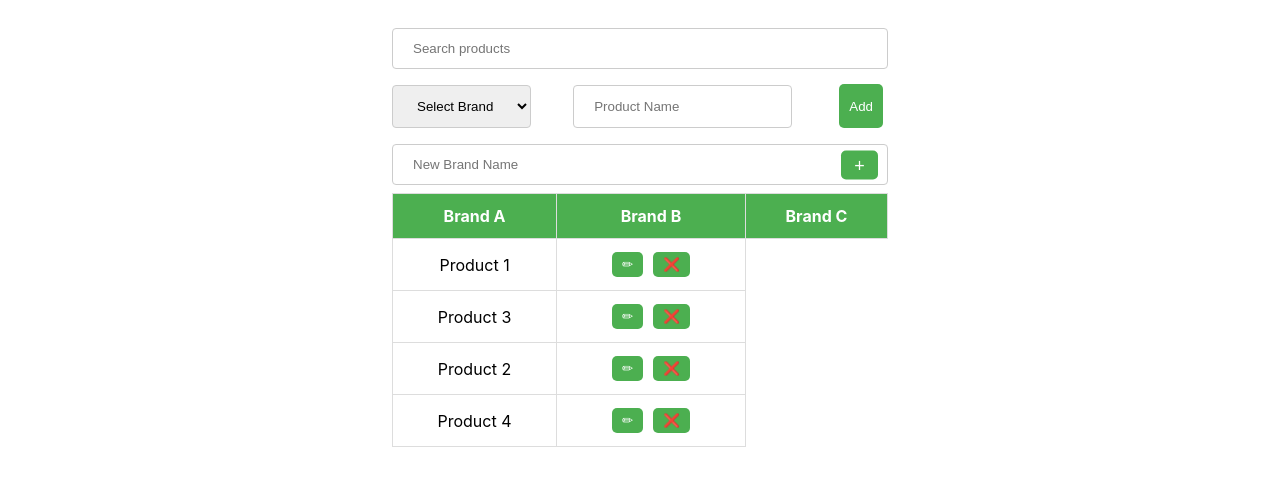
Repository: sunilkc-7/product-manager-app
Page: /
The author's editor kept a copy of each file at every save. The page is drawn from the files as they stood at one save, then again after the next save.
The browser window is 1280 px wide. The pictures show the whole page.
The project was rebuilt for these pictures with package versions that can differ from the ones it lists, and the page was loaded fresh each time.

Above is the page before, as saved 2023-08-01 19:26:25.

After the next save:
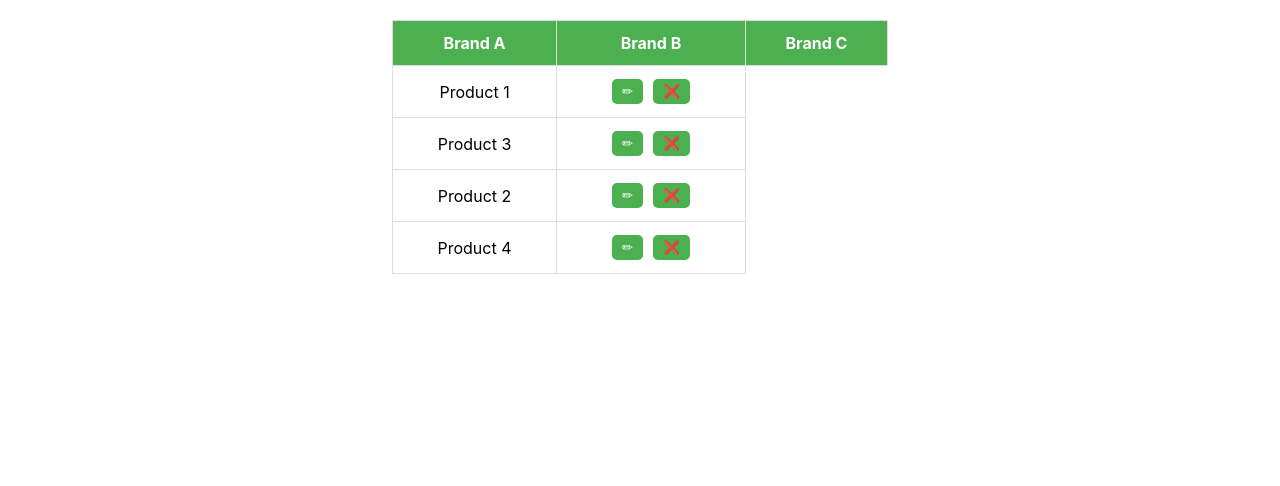
Saved 70 s later.
--- a/src/App.js
+++ b/src/App.js
@@ -63,47 +63,6 @@
 
   return (
     <div className="App">
-      <input
-        className="inputSearch"
-        type="text"
-        value={search}
-        onChange={(e) => setSearch(e.target.value)}
-        placeholder="Search products"
-      />
-      <div className="select-container">
-        <select
-          style={{ maxHeight: "100px", overflow: "auto" }}
-          onChange={(e) => setCurrentBrand(e.target.value)}
-        >
-          <option value="">Select Brand</option>
-          {brandNames.map((brandName, index) => (
-            <option key={index} value={brandName}>
-              {brandName}
-            </option>
-          ))}
-        </select>
-        <input
-          type="text"
-          placeholder="Product Name"
-          value={productName}
-          onChange={(e) => setProductName(e.target.value)}
-        />
-        <button className="buttonContainer" onClick={addProduct}>
-          Add
-        </button>
-      </div>
-      <div className="inputContainer">
-        <input
-          className="inputWithButton"
-          type="text"
-          placeholder="New Brand Name"
-          value={newBrandName}
-          onChange={(e) => setNewBrandName(e.target.value)}
-        />
-        <button className="insideButton" onClick={addBrandName}>
-          +
-        </button>
-      </div>
       <table>
         <thead>
           <tr>
